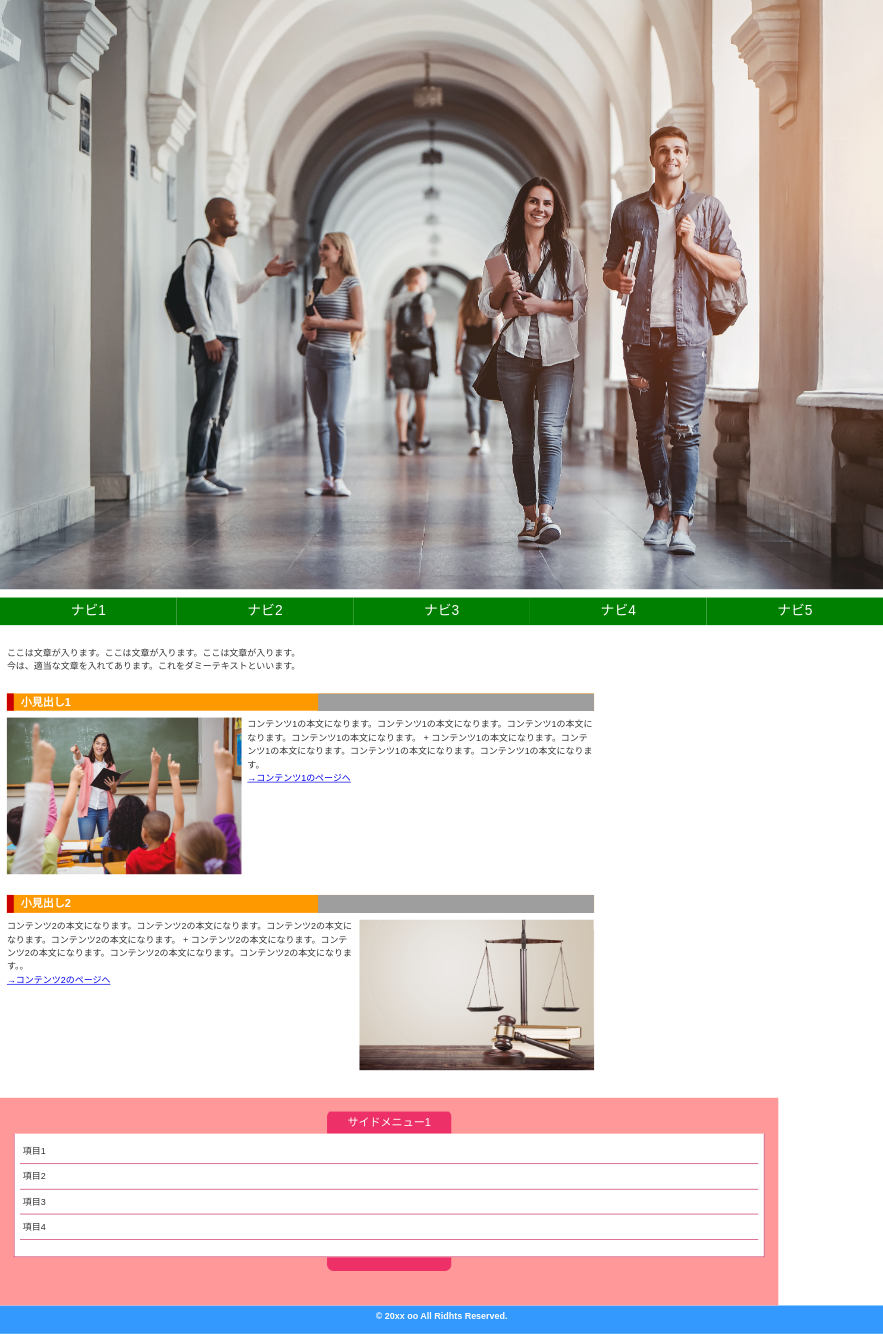
Repository: MiyagawaF/samurai_HTML-CSS
Page: home.html
The author's editor kept a record of every edit. The page is drawn from the files as they stood at one moment, then again after the next edit.
The browser window is 1280 px wide. The pictures show the whole page, at 69% of full size.
Pictures or frames that could not be fetched are drawn as grey boxes.

Above is the page before.

### home.html
<!DOCTYPE html>
<html lang="ja">
    <head>
        <meta charset="UTF-8">
        <title>HTML/CSSの学習</title>
        <link rel="stylesheet" href="stylesheet.css">
    </head>
    <body>
        <div id="header">
            <h1><a href="index.html"><img id="corridor" src="images/corridor.jpg" alt="大学の廊下" /></a></h1>
        </div>
        <div id="wrapper">
            <div id="nav">
                <ul>
                    <li><a href="home.html">ナビ1</a></li>
                    <li><a href="#">ナビ2</a></li>
                    <li><a href="#">ナビ3</a></li>
                    <li><a href="#">ナビ4</a></li>
                    <li><a href="#">ナビ5</a></li>
                </ul>
            </div>
            <div id="container">
                <div id="main">
                    <div class="post">
                        <p>ここは文章が入ります。ここは文章が入ります。ここは文章が入ります。<br />今は、適当な文章を入れてあります。これをダミーテキストといいます。</p>
                    </div>
                    <div class="post clearfix">
                        <h2>小見出し1</h2>
                        <img class="left" src="images/classroom.jpg" alt="授業風景" />
                        <p>
                            コンテンツ1の本文になります。コンテンツ1の本文になります。コンテンツ1の本文になります。コンテンツ1の本文になります。
+                           コンテンツ1の本文になります。コンテンツ1の本文になります。コンテンツ1の本文になります。コンテンツ1の本文になります。
                        </p>
                        <p><a href="#">→コンテンツ1のページへ</a></p>
                    </div>
                    <div class="post clearfix">
                        <h2>小見出し2</h2>
                        <img class="right" src="images/scale.jpg" alt="天秤" />
                        <p>
                            コンテンツ2の本文になります。コンテンツ2の本文になります。コンテンツ2の本文になります。コンテンツ2の本文になります。
+                           コンテンツ2の本文になります。コンテンツ2の本文になります。コンテンツ2の本文になります。コンテンツ2の本文になります。。
                        </p>
                        <p><a href="#">→コンテンツ2のページへ</a></p>
                    </div>
                </div>
            </div>
            <div id="side">
                <div class="box">
                    <h2>サイドメニュー1</h2>
                    <div class="boxBody">
                        <ul>
                            <li>項目1</li>
                            <li>項目2</li>
                            <li>項目3</li>
                            <li>項目4</li>
                        </ul>
                    </div>
                </div>
            </div>
        </div>
        <div id="footer">
            <p>&copy; 20xx oo All Ridhts Reserved.</p>
        </div>
    </body>
</html>

### stylesheet.css
@charset "utf-8";

body{
    margin: 0;
    padding: 0;
    font-family: "ヒラギノ角ゴ Pro W3", "Hiragino Kaku Gothic Pro", "メイリオ", Meiryo, Osaka, "ＭＳ Ｐゴシック", "MS PGothic", sans-serif;
    color: #333;
    font-size: 13px;
    line-height: 150%;
}

/* ---wrapper--- */
#wrapper{
    width: 100%;
    margin: auto;
    padding: 0px;
    border: 0px;
    background-color: #FFF;
    top: 10px;
    position: relative;
}

/* ---header--- */
#header{
    width: 100%;
}
#header h1{
    margin: 0;
    padding: 0;
}
#corridor{
    width: 100%;
    height: auto;
}

/* ---footer--- */
#footer{
    clear: both;
    width: 100%;
    padding: 3px 0 3px 0;
    background: #39F;
    color: #FFF;
    font-weight: bold;
    text-align: center;
}
/* ---nav--- */
#nav{
    width: 100%;
}
#nav ul{
    display: flex;
    margin: 0;
    padding: 0;
    list-style-type: none;
}
#nav ul li{
    /*float: left;*/
    width: 20%;
    text-align: center;
}
#nav ul li a{
    display: block;
    height: 20px;
    margin: 0;
    padding: 10px;
    color: #FFF;
    font-size: 20px;
    text-decoration: none;
    background-color: green;
}

#nav ul li a:hover{
    filter: drop-shadow(10px 10px 10px black);
}
/* ---container--- */
#container{
    width: 100%;
    margin: auto;
    padding: auto;
    padding-top: 20px;
    clear: both;
    display: grid;
    grid-template-columns: 70vw 30vw;
}
/* ---main--- */
#main{
    /*float: left;*/
    width: 95%;
    padding: 10px 30px 10px 10px;
}
#main h2{
    margin: 0 0 10px 0;
    padding: 3px 10px 3px 10px;
    color: #FFF;
    font-size: 16px;
    border-left:solid 10px #C00;
    background: #F90 url(../images/main_h2.jpg) right top repeat-y;
}
#main p{
    margin: 0;
    padding: 0;
}
#main .post{
    margin: 0 0 30px 0;
}
#main .post img.right{
    margin: 0 0 0 8px;
}
#main .post img.left{
    margin: 0 8px 0 0;
}

.right{
    float: right;
    width: 40%;
    height: auto;
}
.left{
    float: left;
    width: 40%;
    height: auto;
}
/* ---clearfix--- */
.clearfix{
    zoom: 1;
}
.clearfix:after{
    content: "";
    display: block;
    clear: both;
}
/* ---side--- */
#side{
    /*float: right;*/
    width: 85%;
    padding: 20px;
    background-color: #F99;
}
#side .box{
    margin: 0 auto 30px auto;
    padding: 0 0 20px 0;
    background: url(images/side_box.png) bottom no-repeat;
}
#side .box h2 {
    margin: 0;
    padding: 8px;
    text-align: center;
    color: #fff;
    font-size: 16px;
    line-height: 16px;
    font-weight: normal;
    background: url(images/side_box_h2.png) center no-repeat;
}
#side .box .boxBody{
    padding: 8px;
    border-right: solid 1px #C36;
    border-bottom: solid 1px #C36;
    border-left: solid 1px #C36;
    background: #fff;
}
#side .box .boxBody ul{
    margin: 0 0 16px 0;
    padding: 0;
}
#side .box .boxBody ul li{
    padding: 8px 0 8px 4px;
    list-style: none;
    border-bottom: solid 1px #C36;
}

#side .box .boxBody ul li:hover{
    padding: 8px 0 8px 4px;
    list-style: none;
    border-bottom: solid 1px #C36;
    box-shadow: 0px 4px 4px rgba(0,0,0,0.3);
}

After the next edit:
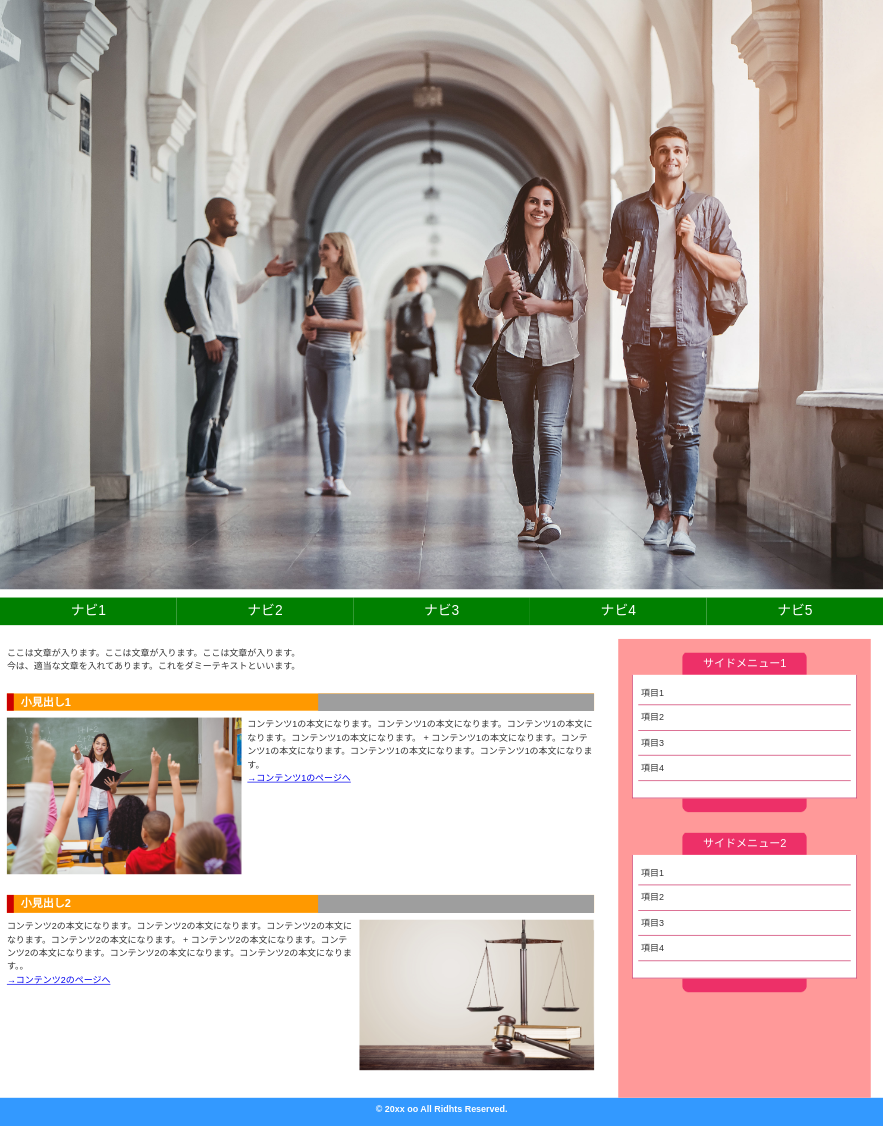
The edit:
--- a/home.html
+++ b/home.html
@@ -43,20 +43,32 @@
                         <p><a href="#">→コンテンツ2のページへ</a></p>
                     </div>
                 </div>
-            </div>
-            <div id="side">
-                <div class="box">
-                    <h2>サイドメニュー1</h2>
-                    <div class="boxBody">
-                        <ul>
-                            <li>項目1</li>
-                            <li>項目2</li>
-                            <li>項目3</li>
-                            <li>項目4</li>
-                        </ul>
+                    <div id="side">
+                        <div class="box">
+                            <h2>サイドメニュー1</h2>
+                            <div class="boxBody">
+                                <ul>
+                                    <li>項目1</li>
+                                    <li>項目2</li>
+                                    <li>項目3</li>
+                                    <li>項目4</li>
+                                </ul>
+                            </div>
+                        </div>
+                    <div class="box">
+                        <h2>サイドメニュー2</h2>
+                        <div class="boxBody">
+                            <ul>
+                                <li>項目1</li>
+                                <li>項目2</li>
+                                <li>項目3</li>
+                                <li>項目4</li>
+                            </ul>
+                        </div>
                     </div>
                 </div>
             </div>
+
         </div>
         <div id="footer">
             <p>&copy; 20xx oo All Ridhts Reserved.</p>
